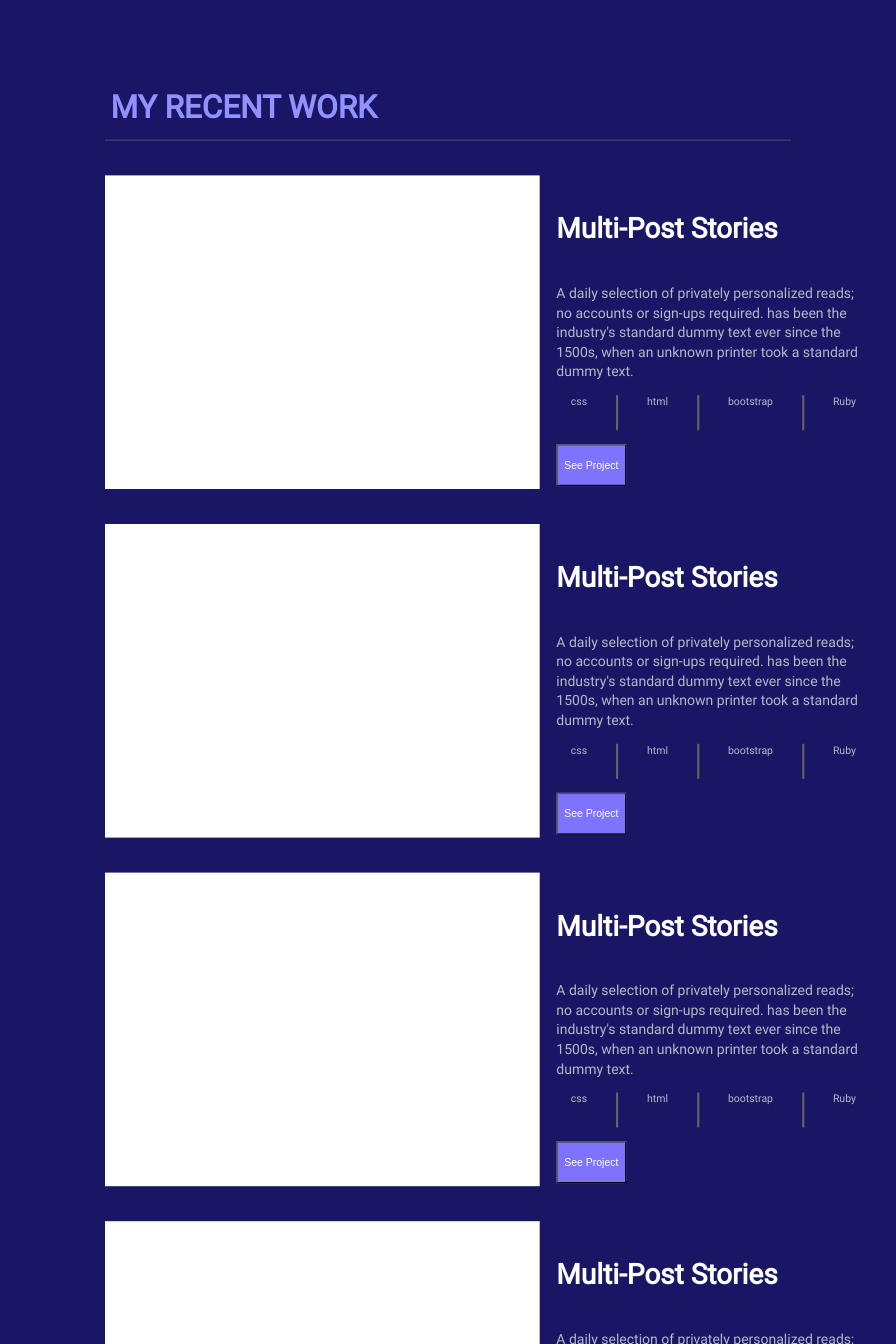
Repository: mustabbas/Portfolio
Page: index.html
The author's editor kept a copy of each file at every save. The page is drawn from the files as they stood at one save, then again after the next save.
The browser window is 1280 px wide. The pictures show the part of the page from y = 932 to 2852 px (the page is 3860 px tall), at 70% of full size.

Above is the page before, as saved 2021-08-19 22:21:55.

### index.html
<!DOCTYPE html>
<html lang="en">
<head>
    <meta charset="UTF-8">
    <meta name="viewport" content="width=device-width, initial-scale=1.0">
    <meta http-equiv="X-UA-Compatible" content="ie=edge">
    <link rel="stylesheet" href="style.css"/>
    <title>Mustafa Portfolio</title>
</head>
<body>
    <section class="container">
        <header class="header">
            <a href="#"><h2>Mustafa Abbas</h2></a>
            <nav class="humberger">
            <img  src="./assets/img/humberger.png" alt="humberger"/>
            <img  src="./assets/img/humberger.png" alt="humberger"/>
            <img  src="./assets/img/humberger.png" alt="humberger"/>
            </nav>
            <ul class="main-nav">
                <li><a href="#">Portoflio</a></li>
                <li><a href="#">About</a></li>
                <li><a href="#">Contact</a></li>
                <li ><a href="#"><img class="email-pic" src="./assets/img/Icon-Mail.png" alt="email"/></a></li >
            </ul>
        </header>
        <div class="head-wraper">
            <div class="title-wraper">
                <h1>Mustafa Abbas</h1>
                <h2>Software Developer</h2>
            </div>
        </div>
        <div class="box"><p>I can help you build a product , feature or website Look through some of my work and experience! If you like what you see and have a project you need coded,  don’t hestiate to contact me.</p></div>
        <div class="line"></div>
        <div class="skills">
        <ul>
            <li>Language</li>
            <li>Javascript</li>
            <li>Ruby</li>
            <li>Html</li>
            <li>Css</li>
        </ul>
        <ul>
            <li>Frameworks</li>
            <li>Ruby on Rails</li>
            <li>Bootstrap</li>
            <li>RSPec</li>
            <li>CapyBara</li>
        </ul>
        <ul>
            <li>Skills</li>
            <li>Codekit</li>
            <li>Github</li>
            <li>Codepen</li>
            <li>Gitlab</li>
        </ul>
      </div>
      <div class="line"></div>

    </section>
    <div class="footer-nav">
        <div class="vector-container">
            <ul>
                <li><img src="./assets/img/Vector-github.png" alt="Vector-github"/></li>
                <li>
                    <div class="linked-container">
                            <div>
                                    <img src="./assets/img/Vector-dot-linkedin.png" alt="Vector-dot-linkedin"/>
                                    <img src="./assets/img/Vector-line-linkedin.png" alt="Vector-line-linkedin"/>
                            </div>
                            <img id="vector2" src="./assets/img/Vector-n-linkedin.png" alt="Vector-n-linkedin"/>
                     </div>
                </li>
                <li> <img src="./assets/img/Vector.png" alt="Vector"/></li>
                <li><img src="./assets/img/Vector-twitter.png" alt="Vector-twitter"/></li>
                <li> <img src="./assets/img/Vector-M.png" alt="Vector-M"/></li>
            </ul>

         </div>
         <div class="work-container">
        <div class="arrow-container">
        <img src="./assets/img/Vector-line-arrow.png" alt="Vector-line-arrow"/>
        <img src="./assets/img/Vector-arrow.png" alt="Vector-arrow"/>
        </div>
        <span>Work</span>
        </div>
    </div>

    <section class="recent-work">
    <h3>My recent work</h3>
    <div class="line"></div>
    <div class="card">
       <img src="./assets/img/Placeholder.png" alt="Placeholder"/>
       <div class="card-body">
           <h4>Multi-Post Stories</h4>
           <p>A daily selection of privately personalized reads; no accounts or sign-ups required. has been the industry's standard dummy text ever since the 1500s, when an unknown printer took a standard dummy text.</p>
            <ul>
                <li>css</li>
                <li class="vertical-line"></li>
                <li>html</li>
                <li class="vertical-line"></li>
                <li>bootstrap</li>
                <li class="vertical-line"></li>
                <li>Ruby</li>
            </ul>
            <button class="button">See Project</button>
       </div>
    </div>
    <div class="card">
        <img src="./assets/img/Placeholder.png" alt="Placeholder"/>
        <div class="card-body">
            <h4>Multi-Post Stories</h4>
            <p>A daily selection of privately personalized reads; no accounts or sign-ups required. has been the industry's standard dummy text ever since the 1500s, when an unknown printer took a standard dummy text.</p>
             <ul>
                 <li>css</li>
                 <li class="vertical-line"></li>
                 <li>html</li>
                 <li class="vertical-line"></li>
                 <li>bootstrap</li>
                 <li class="vertical-line"></li>
                 <li>Ruby</li>
             </ul>
             <button class="button">See Project</button>
        </div>
     </div>
     <div class="card">
        <img src="./assets/img/Placeholder.png" alt="Placeholder"/>
        <div class="card-body">
            <h4>Multi-Post Stories</h4>
            <p>A daily selection of privately personalized reads; no accounts or sign-ups required. has been the industry's standard dummy text ever since the 1500s, when an unknown printer took a standard dummy text.</p>
             <ul>
                 <li>css</li>
                 <li class="vertical-line"></li>
                 <li>html</li>
                 <li class="vertical-line"></li>
                 <li>bootstrap</li>
                 <li class="vertical-line"></li>
                 <li>Ruby</li>
             </ul>
             <button class="button">See Project</button>
        </div>
     </div>
     <div class="card">
        <img src="./assets/img/Placeholder.png" alt="Placeholder"/>
        <div class="card-body">
            <h4>Multi-Post Stories</h4>
            <p>A daily selection of privately personalized reads; no accounts or sign-ups required. has been the industry's standard dummy text ever since the 1500s, when an unknown printer took a standard dummy text.</p>
             <ul>
                 <li>css</li>
                 <li class="vertical-line"></li>
                 <li>html</li>
                 <li class="vertical-line"></li>
                 <li>bootstrap</li>
                 <li class="vertical-line"></li>
                 <li>Ruby</li>
             </ul>
             <button class="button">See Project</button>
        </div>
     </div>
    </section>

    <section class="card-container">
        <div class="card">
        <div class="card-body center-text">
        <h3>CONTACT US</h3>
        <p id="contact-p">If you have an application you are interested in developing, a feature that you need built or a project that needs coding. I’d love to help with it </p>
        <form>
        <input type="text" placeholder="Text Input" maxlength="30" required/>
        <input type="email" placeholder="jeremy@gmail.com" required/>
        <textarea rows="15" cols="48" placeholder="Enter text here" maxlength="500" required></textarea>
        <button class="button btn">See Project</button>
        </form>
        </div>
        <div class="footer-nav">
            <div class="work-container upper">
            <span>Work</span>
            <div class="arrow-container">
            <img src="./assets/img/Vector-line-arrow.png" alt="Vector-line-arrow"/>
            <img src="./assets/img/Vector-arrow.png" alt="Vector-arrow"/>
             </div>
            </div>
            <div class="vector-container">
                <ul>
                    <li><img src="./assets/img/Vector-github.png" alt="Vector-github"/></li>
                    <li>
                        <div class="linked-container">
                            <div>
                                <img src="./assets/img/Vector-dot-linkedin.png" alt="Vector-dot-linkedin"/>
                                <img src="./assets/img/Vector-line-linkedin.png" alt="Vector-line-linkedin"/>
                          </div>
                                <img src="./assets/img/Vector-n-linkedin.png" alt="Vector-n-linkedin"/>
                         </div>
                    </li>
                    <li> <img src="./assets/img/Vector.png" alt="Vector"/></li>
                    <li><img src="./assets/img/Vector-twitter.png" alt="Vector-twitter"/></li>
                    <li> <img src="./assets/img/Vector-M.png" alt="Vector-M"/></li>
                </ul>

             </div>
            <span>emailhere@email.com</span>
        </div>
    </div>
    </section>


</body>
</html>

### style.css
@font-face {
  font-family: 'roboto';
  src: url(assets/font/Roboto/Roboto-Regular.ttf);
}

body {
  background-color: #191765;
  font-family: 'roboto', sans-serif;
}

ul {
  margin: 0;
  padding: 0;
  list-style: none;
}

h1 {
  color: #9390ff;
}

p,
h2,
td,
li,
a,
span {
  color: #b3bac5;
}

.container {
  display: flex;
  flex-direction: column;
  justify-content: center;
}

.header {
  display: flex;
  justify-content: space-around;
  align-items: center;
}

.header a {
  text-decoration: none;
}

.header h2 {
  font-size: 18px;
  line-height: 20px;
}

.main-nav {
  display: flex;
}

.main-nav a {
  display: block;
  padding: 1em;
  text-decoration: none;
  font-size: 15px;
  line-height: 20px;
}

.head-wraper {
  display: flex;
  justify-content: center;
  align-items: center;
  background-image: url("./assets/img/circle1header.svg");
  background-repeat: no-repeat;
}

.title-wraper {
  flex-direction: column;
  justify-content: center;
}

.box {
  min-width: 450px;
  margin: 50px;
}

.box p {
  font-size: 20px;
  font-weight: 300;
  text-align: center;
  color: #b3bac5;
  max-width: 450px;
}

.wrap-content {
  background-image: url("./assets/img/circle1header.svg");
  background-repeat: no-repeat;
}

.skills {
  display: flex;
  justify-content: space-between;
}

.skills ul {
  width: 40%;
  margin-top: 20px;
  margin-left: 40px;
}

.skills li {
  margin: 20px;
}

.skills ul li:first-child {
  color: #9390ff;
}

.email-pic {
  color: #b3bac5;
}

.footer-nav {
  display: flex;
  align-items: center;
  margin-top: 40px;
}

.work-container {
  display: flex;
  justify-content: space-around;
}

.work-reverse {
  flex-direction: row-reverse;
}

.arrow-reverse {
  margin-left: 10px;
}

.vector-container {
  width: 200px;
}

.vector-container ul {
  display: flex;
  justify-content: space-between;
  align-items: center;
}

.vector-container img {
  margin-left: 10px;
}

.arrow-container {
  display: flex;
  flex-direction: column;
  align-items: flex-start;
  margin-right: 10px;
}

.arrow-container img:first-child {
  margin-left: 9px;
}

.arrow-container img:last-child {
  margin-top: -8px;
}

.linked-container {
  display: flex;
}

.linked-container div {
  display: flex;
  flex-direction: column;
}

#vector2 {
  margin-left: auto;
}

.recent-work h3 {
  font-size: 45px;
  color: #9390ff;
  margin: 20px;
  text-transform: uppercase;
  margin-left: 150px;
}

.recent-work {
  margin-top: 200px;
  display: grid;
  grid-template-columns: auto;
  grid-template-rows: auto;
  justify-content: center;
}

.card {
  display: flex;
  margin-left: 142px;
  margin-top: 50px;
}

.card-container {
  display: grid;
  grid-template-columns: auto;
  grid-template-rows: auto;
  justify-content: center;
}

.card-container .card-body {
  width: auto;
}

.card-container .card {
  flex-direction: column;
}

.card-body h4 {
  font-size: 40px;
  color: #fff;
}

.card-body p {
  font-size: 20px;
  line-height: 28px;
  text-align: left;
}

.card-body ul {
  display: flex;
  justify-content: space-around;
  font-size: 15px;
  text-align: left;
}

.center-text {
  text-align: center;
}

#contact-p {
  font-size: 16px;
  line-height: 24px;
  text-align: center;
}

.vertical-line {
  height: 50px;
  border-right: 3px solid #646369;
}

.button {
  background-color: #7d73fc;
  width: 100px;
  height: 60px;
  color: #fff;
  font-size: 15px;
  margin-top: 20px;
}

.button:hover {
  box-shadow: 0 8px 16px rgba(125, 115, 252, 0.48);
}

.button:enabled {
  background-color: #7d73fc;
}

.button:focus {
  background-color: #5e42d7;
}

.button:disabled {
  background-color: #2a2b33;
}

input {
  width: 100%;
  height: 60px;
  padding: 12px 20px;
  margin: 8px 0;
  display: inline-block;
  border: 1px solid #ccc;
  border-radius: 4px;
  box-sizing: border-box;
  margin-bottom: 30px;
}

textarea {
  width: 100%;
}

textarea::placeholder {
  font-size: 20px;
  padding: 20px;
}

.btn {
  margin-top: 30px;
}

/* Desktop view */
@media (min-width: 600px) {
  .card {
    height: 448px;
    animation-name: example;
    animation-duration: 3s;
    animation-timing-function: linear;
    animation-delay: 2s;
    animation-direction: alternate;
  }

  @keyframes example {
    0%   {margin-left:100%; }
    25%  { margin-left:75%; }
    50%  { margin-left:50%;}
    75%  {margin-left:25%; }
    100% { margin-left:142px;}
  }

  .card-body {
    margin-left: 24px;
    width: 40%;
  }

  .line {
    min-width: 450px;
    border-bottom: 1px solid #646369;
    margin-left: 142px;
    margin-right: 142px;
  }

  .card-reverse {
    flex-direction: row-reverse;
    margin-right: 142px;
  }

  .card-reverse img {
    margin-left: 20px;
  }

  .head-wraper {
    background-position: 70px -10px;
    background-size: 184px 184px;
  }

  .title-wraper h1 {
    font-size: 90px;
    line-height: 105px;
    font-weight: bold;
    margin: 24px 0;
    text-align: center;
  }

  .title-wraper h2 {
    font-size: 40px;
    line-height: 47px;
    margin-top: 0;
    text-align: center;

  }

  .wrap-content {
    display: flex;
    flex-direction: column;
    justify-content: center;
    align-items: center;
    background-position: 90% 50px;
  }

  .justify-space {
    justify-content: space-around;
  }

  .justify-center {
    justify-content: center;
  }

  .footer-nav span {
    margin-left: 20px;
  }

  .h3-l {
    font-size: 40px;
    line-height: 24px;
    color: #9390ff;
    margin: 20px;
  }

  .h3-sm {
    display: none;
  }

  .margin {
    margin-left: 200px;
    margin-right: 300px;
  }
}

/* mobile view */
@media (max-width: 500px) {
  .container {
    align-items: center;
    width: 500px;
  }

  .header {
    width: 500px;
    justify-content: space-around;
  }

  .header ul {
    display: none;
  }

  .main-nav {
    flex-direction: column;
  }

  .head-wraper {
    width: 500px;
    background-position: -160px -50px;
  }

  .head-wraper img {
    margin-left: -200px;
  }

  .right {
    margin-right: -100px;
  }

  .container img {
    margin-right: -500px;
  }

  .box {
    width: 33.333%;
  }

  .skills {
    flex-wrap: wrap;
    width: 500px;
    background-position: 400px 10px;
  }

  .humberger {
    display: flex;
    flex-direction: column;
    justify-content: space-between;
  }

  .humberger img {
    width: 33.33px;
    height: 3px;
    margin: 5px;
    background-color: #b3bac5;
  }

  .footer-nav {
    width: auto;
    flex-direction: column;
  }

  .footer-nav span {
    margin-top: 10px;
  }

  .ml {
    margin-left: 100px;
  }

  .upper {
    display: none !important;
  }

  .work-container {
    display: flex;
    margin-top: 30px;
  }

  .card {
    flex-direction: column;
    width: 400px;
  }

  .line {
    min-width: 450px;
    width: 33.333%;
    border-bottom: 1px solid #646369;
  }

  .wrap-content {
    background-position: 450px 150px;
  }

  .work-reverse {
    display: none;
  }

  .h3-sm {
    font-size: 32px;
    line-height: 44px;
    color: #9390ff;
    margin: 20px;
    text-transform: uppercase;
  }

  .h3-l {
    display: none;
  }
}

After the next save:
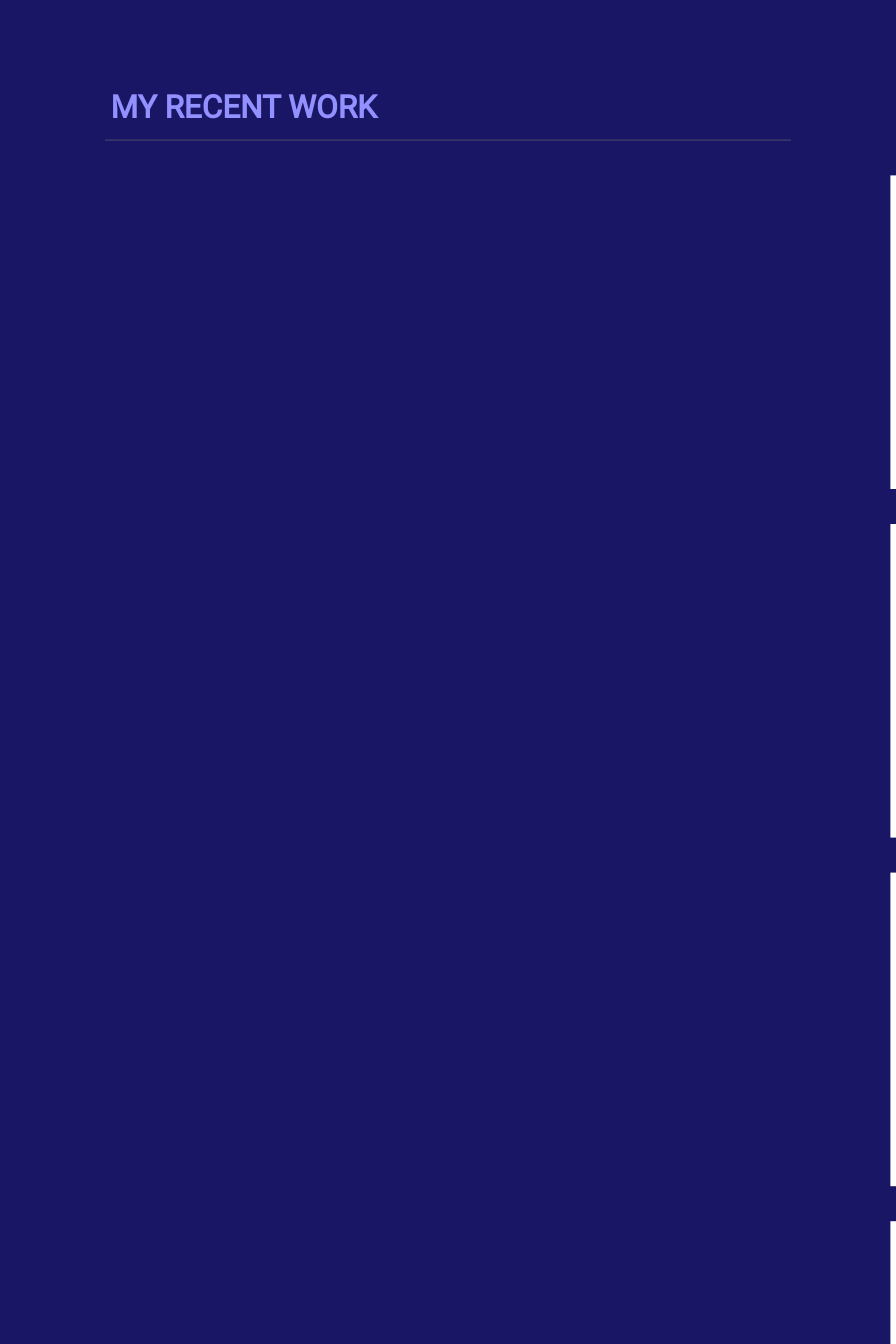
Saved 17 s later.
--- a/style.css
+++ b/style.css
@@ -302,7 +302,6 @@
     animation-name: example;
     animation-duration: 3s;
     animation-timing-function: linear;
-    animation-delay: 2s;
     animation-direction: alternate;
   }
 

After the save that followed:
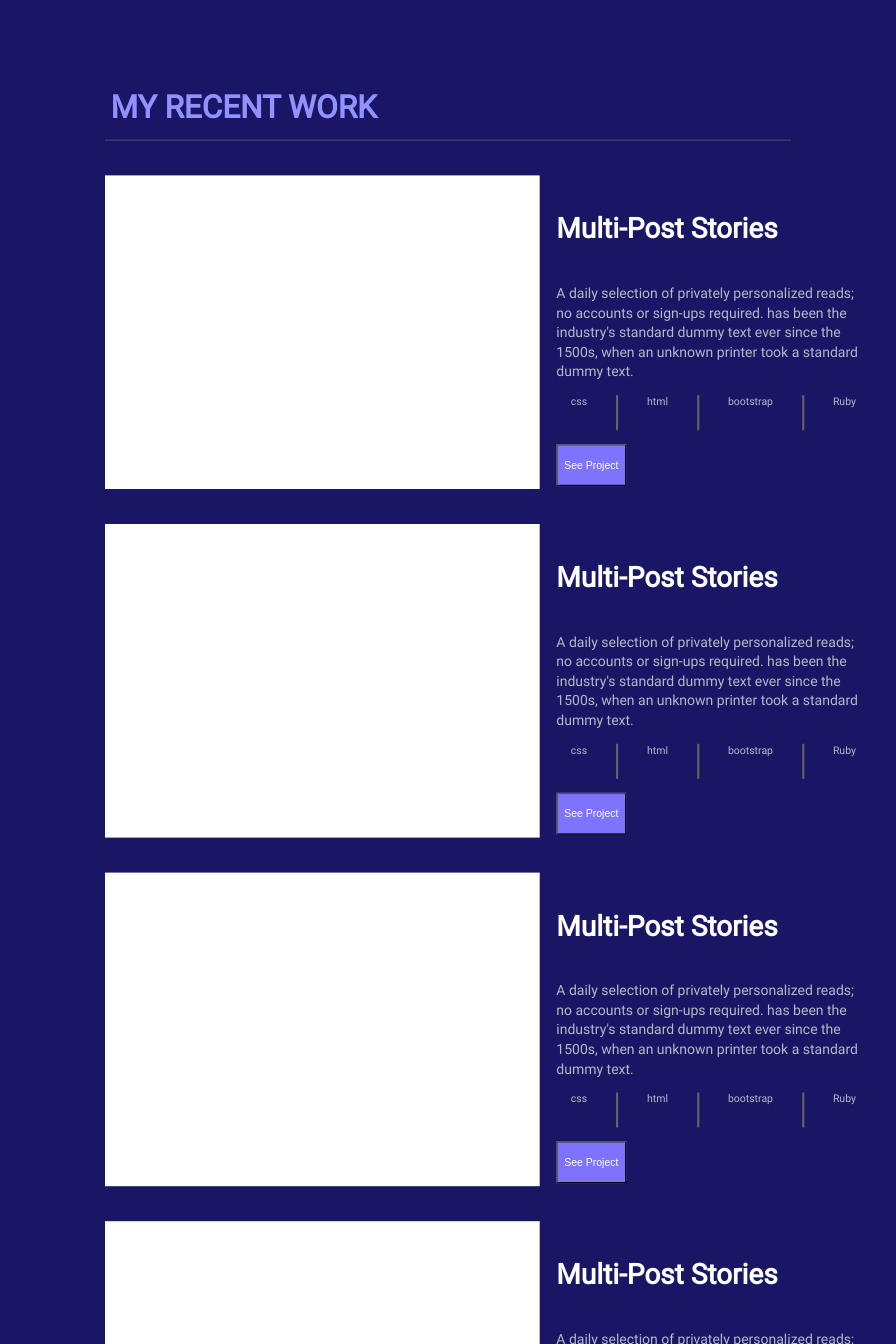
Saved 91 s later.
--- a/style.css
+++ b/style.css
@@ -305,12 +305,20 @@
     animation-direction: alternate;
   }
 
-  @keyframes example {
+  @keyframes leftcard {
     0%   {margin-left:100%; }
     25%  { margin-left:75%; }
     50%  { margin-left:50%;}
     75%  {margin-left:25%; }
     100% { margin-left:142px;}
+  }
+
+  @keyframes rightcard {
+    0%   {margin-right:100%; }
+    25%  { margin-right:75%; }
+    50%  { margin-right:50%;}
+    75%  {margin-right:25%; }
+    100% { margin-right:142px;}
   }
 
   .card-body {
